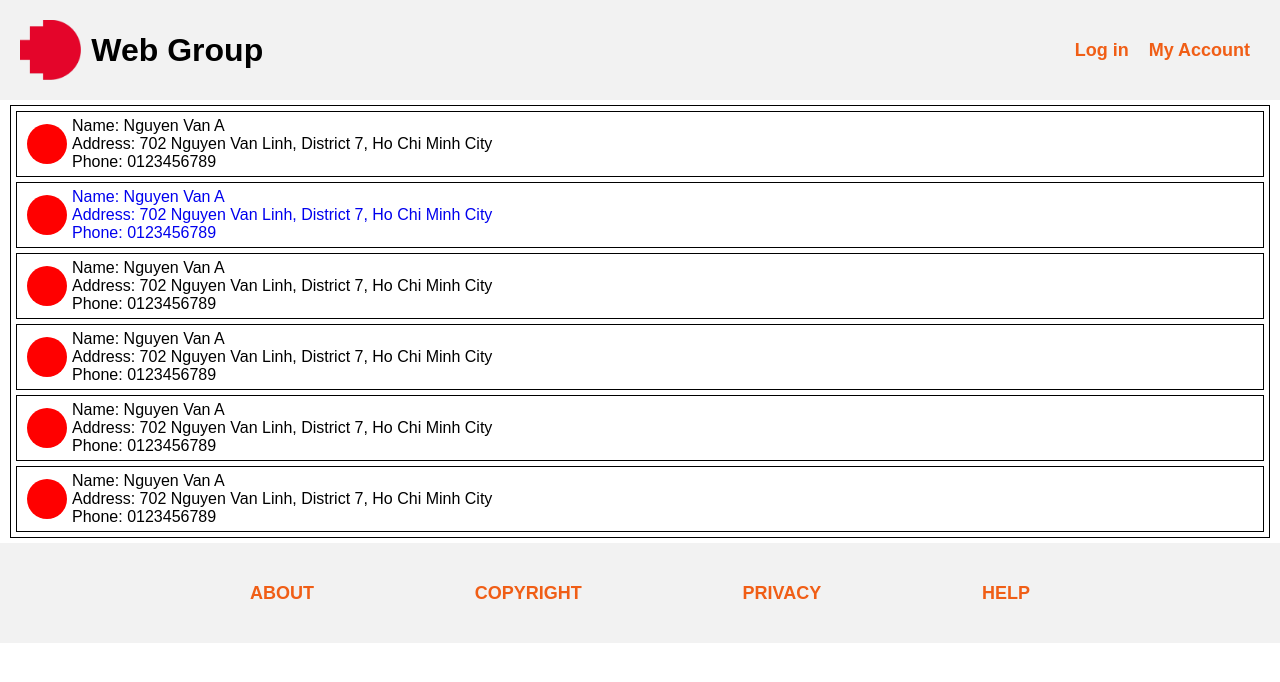
Repository: quynguyn/shoopingweb
Page: shipper.html
These files come from the project's save history. The page is drawn as it stood at one moment and after the next save; the edit follows.
The browser window is 1280 px wide. The pictures show the whole page.

Above is the page before, as saved 2023-05-04 16:01:06.

After the next save:
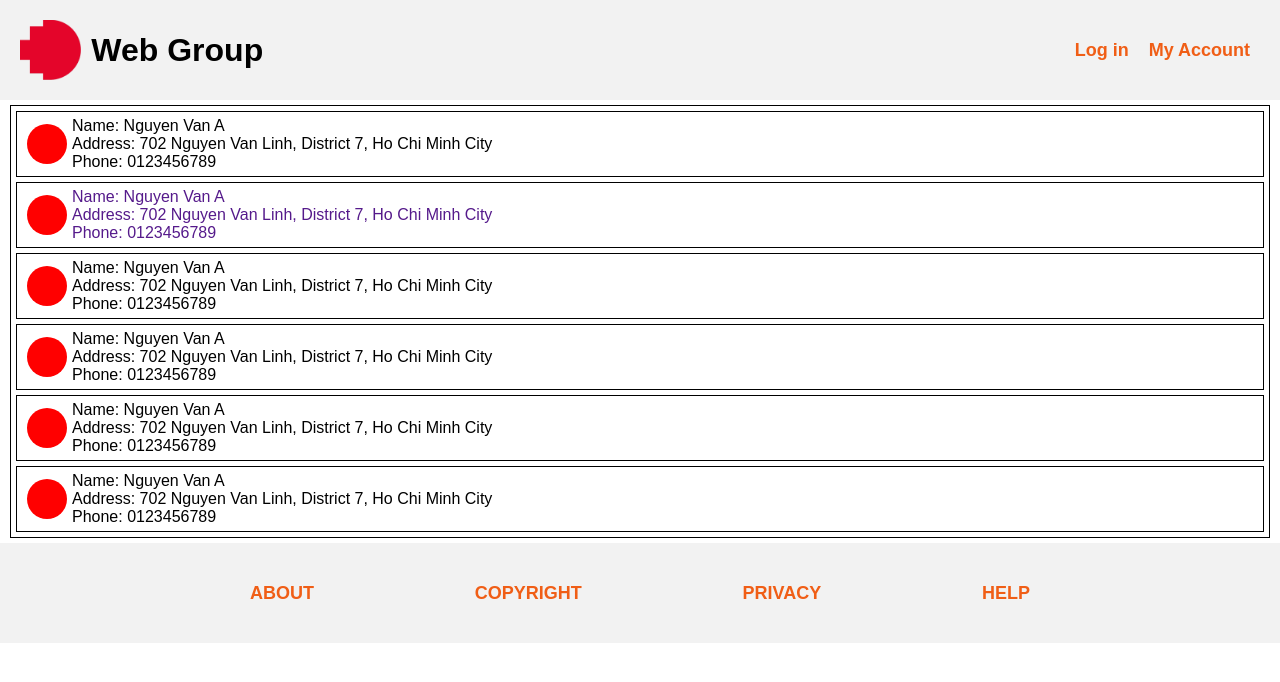
Saved 6 s later.
--- a/shipper.html
+++ b/shipper.html
@@ -51,7 +51,7 @@
 				</div>
 			</div>
 
-			<a href="#" class="order">
+			<a href="" class="order">
 				<div class="activity">
 					<svg height="50" width="50">
 						<circle cx="25" cy="25" r="20" fill="red" />
